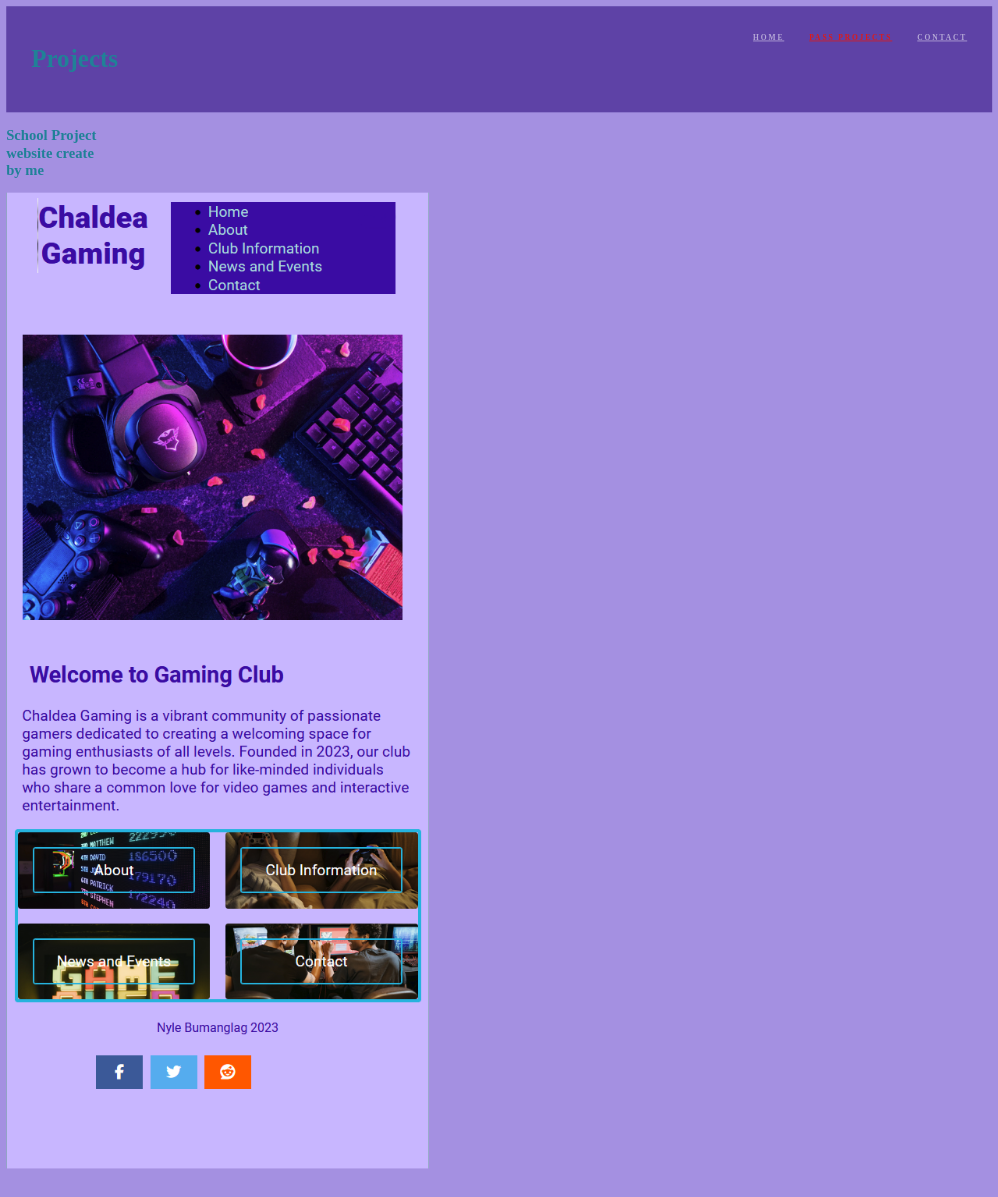
Repository: NyleNC/main
Page: projects.html
These files come from the project's save history. The page is drawn as it stood at one moment and after the next save; the edit follows.
The browser window is 1280 px wide. The pictures show the whole page, at 78% of full size.

Above is the page before, as saved 2024-11-07 00:25:02.

### projects.html
<!DOCTYPE html>
<html lang="en">
<head>
    <meta charset="UTF-8">
    <meta name="viewport" content="width=device-width, initial-scale=1.0">
    <title>Nyle Bumanglag</title>
    <link rel="stylesheet" href="style.css">
</head>
<header id="header"><h1>Projects</h1>
    <nav>
        <ul>
            <li><a href="index.html">Home</a></li>
            <li><a href="projects.html" class="active">Pass Projects</a></li>
            <li><a href="Contact.html">Contact</a></li>
        </ul>
    </nav>
</header>
<body>
    <section>
        <div >
            <div class="image-fit">
            <h3>School Project website create by me </h3>
            <img src="Images/website.png" alt="website" >
        </div>
        </div>



    </section>
</body>
</html>

### style.css
body{
    background: #a490e1;
    color: rgb(32, 129, 151);
}

#header {
 display: -moz-flex;
display: -webkit-flex;
display: -ms-flex;
display: flex;
background-color: #5e42a6;
cursor: default;
padding: 1.75em 2em;
}

 #header > .title {
border: 0;
color: #ffffff;
 display: block;
font-size: 1.25em;
font-weight: bold;
    }

#header > nav {
flex: 1;
text-align: right;
}
 #header > nav > ul {
 margin: 0;
padding: 0;
}

 #header > nav > ul > li {
 display: inline-block;
margin-left: 1.75em;
 padding: 0;
vertical-align: middle;
}

#header > nav > ul > li:first-child {
margin-left: 0;
}

#header > nav > ul > li a {
  border: 0;
color: rgba(255, 255, 255, 0.542);
display: inline-block;
 font-size: 0.6em;
font-weight: bold;
letter-spacing: 0.25em;
text-transform: uppercase;
}
 #header > nav > ul > li a:hover {
color: rgb(144, 225, 164)
}
#header > nav > ul > li a.active {
color: #dd1a1a;
}

.image-fit {
 display: block;
 margin: 0 0 2em 0;
 width: 10%;
}

After the next save:
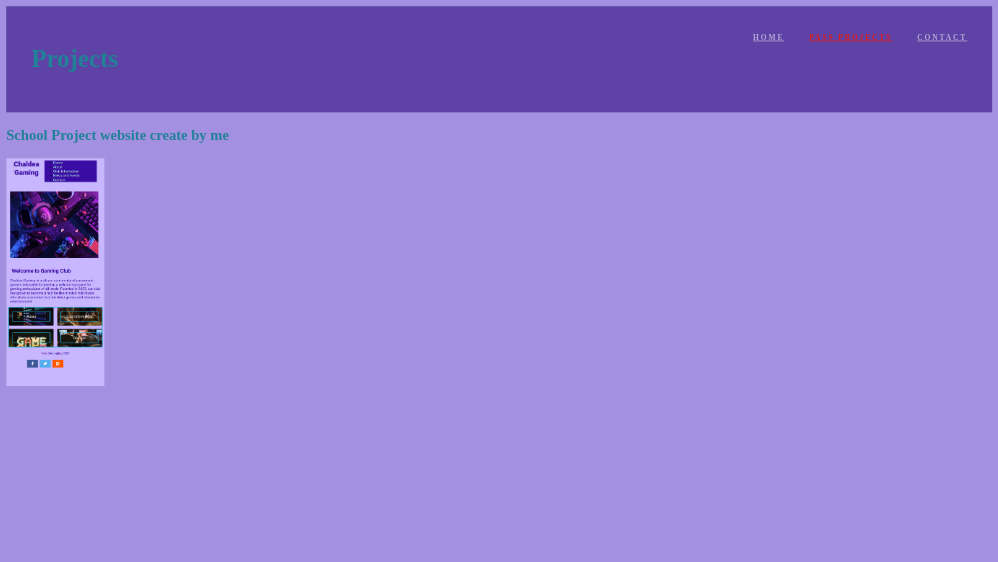
Saved 16 s later.
--- a/projects.html
+++ b/projects.html
@@ -18,9 +18,9 @@
 <body>
     <section>
         <div >
-            <div class="image-fit">
+            <div >
             <h3>School Project website create by me </h3>
-            <img src="Images/website.png" alt="website" >
+            <img src="Images/website.png" alt="website"class="image-fit" >
         </div>
         </div>
 
